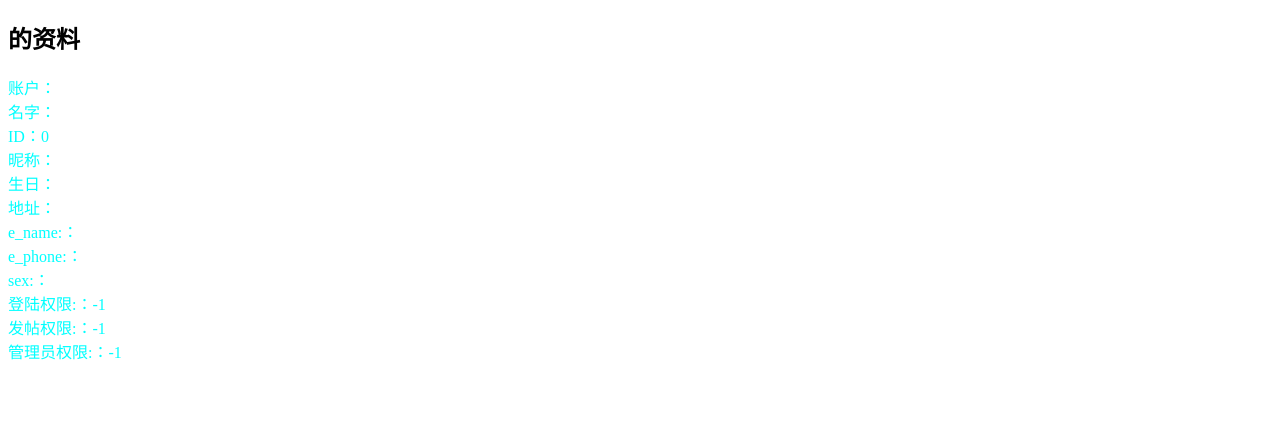
Repository: hbisheng/Academic-portal-website
Page: http://localhost/NewInfo/account/user_info.jsp
The author's editor kept a copy of each file at every save. The page is drawn from the files as they stood at one save, then again after the next save.
The browser window is 1280 px wide. The pictures show the whole page.
The page is served by Tomcat 9.

Above is the page before, as saved 2014-09-20 21:34:25.

After the next save:
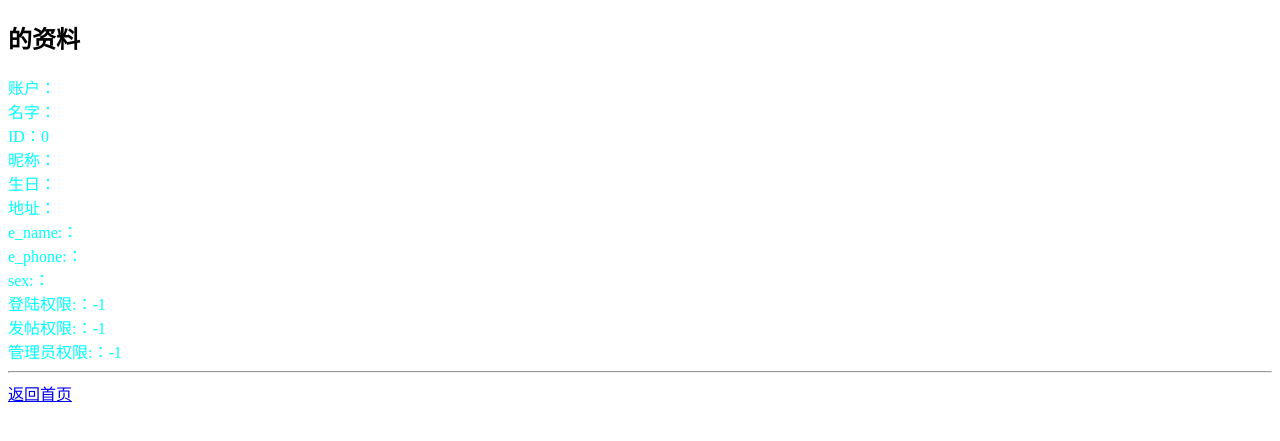
Saved 46 s later.
--- a/Java_info/NewInfo/WebContent/account/user_info.jsp
+++ b/Java_info/NewInfo/WebContent/account/user_info.jsp
@@ -109,5 +109,6 @@
 %>
 
 
+<hr><a href="../home.jsp">返回首页</a>
 </body>
 </html>
